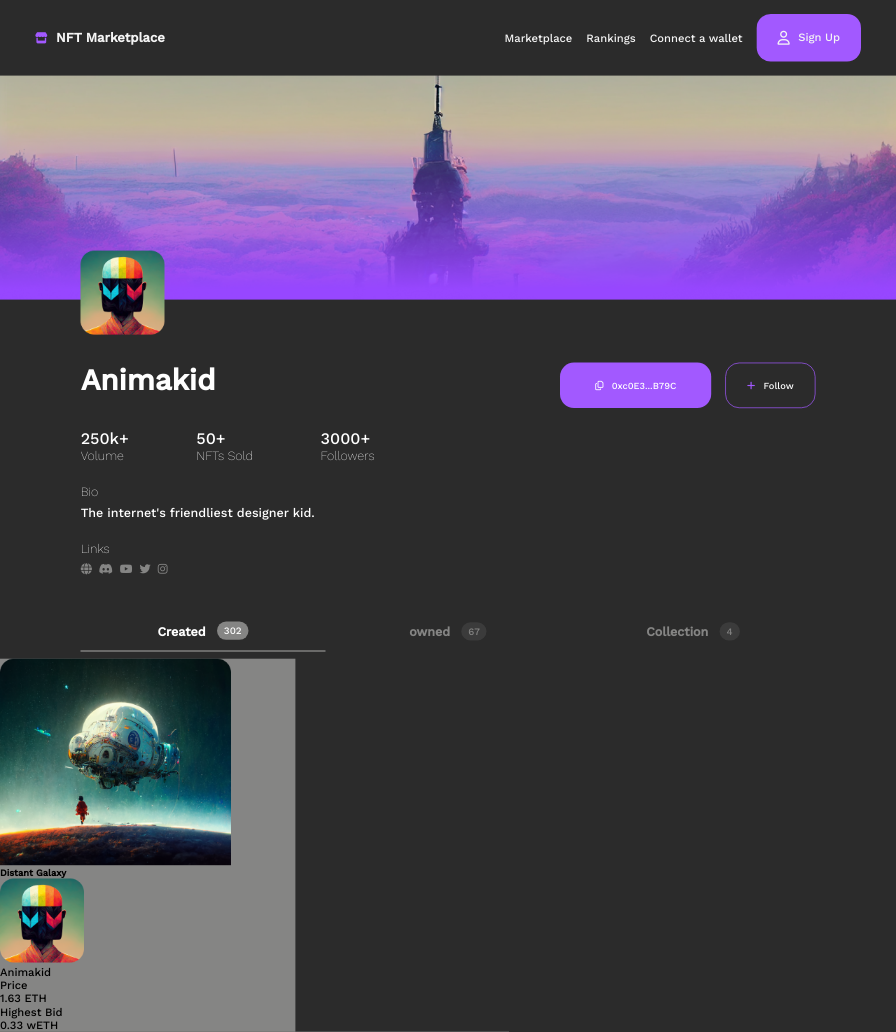
Repository: levananh202ht/NFT_Marketplace
Page: index.html
An editor plug-in stored every save of this project. The page is shown before and after the next save, followed by the edit.
The browser window is 1280 px wide. The pictures show the whole page, at 70% of full size.

Above is the page before, as saved 2023-12-10 14:19:15.

### index.html
<!DOCTYPE html>
<html lang="en">
<head>
    <meta charset="UTF-8">
    <meta name="viewport" content="width=device-width, initial-scale=1.0">
    <link rel="stylesheet" href="index.css">
    <link rel="stylesheet" href="responsive.css">
    <link rel="stylesheet" href="https://cdnjs.cloudflare.com/ajax/libs/font-awesome/6.5.1/css/all.min.css" integrity="sha512-DTOQO9RWCH3ppGqcWaEA1BIZOC6xxalwEsw9c2QQeAIftl+Vegovlnee1c9QX4TctnWMn13TZye+giMm8e2LwA==" crossorigin="anonymous" referrerpolicy="no-referrer" />
    <title>Document</title>
</head>
<body>
    <div class="nft_container">
        <!-- header -->
        <div class="nft_header">

            <div class="nft_header-left">
                <i class="fa-solid fa-store"></i>
                <h3>NFT Marketplace</h3>
            </div>

            <ul class="nft_header-right">
                <li class="nft_header-right-item">Marketplace</li>
                <li class="nft_header-right-item">Rankings</li>
                <li class="nft_header-right-item">Connect a wallet</li>
                <li class="nft_header-right-item">
                    <div>
                        <i class="fa-regular fa-user"></i>
                        <p>Sign Up</p>
                    </div>
                </li>
            </ul>

            <i class="icon-bar-responsive fa-solid fa-bars-staggered"></i>

        </div>
        <!-- profileImage -->
        <div class="nft_profileImage">
            <img src="./assets/images/Avatar Placeholder.png" alt="">
        </div>
        <!-- userInfo -->
        <div class="nft_userInfo">

            <div class="nft_userInfo-top">

                <h2>Animakid</h2>
                <div class="nft_userInfo-top-button">
                    <button>
                        <i class="fa-regular fa-copy"></i>
                        <p>0xc0E3...B79C</p>
                    </button>
                    <button>
                        <i class="fa-solid fa-plus"></i>
                        <p>Follow</p>
                    </button>
                </div>

            </div>

            <div class="nft_userInfo-bottom">

                <div class="nft_userInfo-bottom-param">

                    <div>
                        <p class="param">250k+</p>
                        <p class="text">Volume</p>
                    </div>

                    <div>
                        <p class="param">50+</p>
                        <p class="text">NFTs Sold</p>
                    </div>

                    <div>
                        <p class="param">3000+</p>
                        <p class="text">Followers</p>
                    </div>

                </div>

                <div class="nft_userInfo-bottom-bio">

                    <h5>Bio</h5>
                    <p>The internet's friendliest designer kid.</p>

                </div>

                <div class="nft_userInfo-bottom-links">

                    <h5>Links</h5>
                    <ul>
                        <li>
                            <a href="">
                                <i class="fa-solid fa-globe"></i>
                            </a>
                        </li>
                        <li>
                            <a href="https://discord.com/">
                                <i class="fa-brands fa-discord"></i>
                            </a>
                        </li>
                        <li>
                            <a href="https://www.youtube.com/">
                                <i class="fa-brands fa-youtube"></i>
                            </a>
                        </li>
                        <li>
                            <a href="https://twitter.com/">
                                <i class="fa-brands fa-twitter"></i>
                            </a>
                        </li>
                        <li>
                            <a href="https://www.instagram.com/">
                                <i class="fa-brands fa-instagram"></i>
                            </a>
                        </li>
                    </ul>

                </div>

            </div>

        </div>
        <!-- tab -->
        <div class="nft_tab">

            <div class="nft_tab-1">
                <h5>Created</h5>
                <p>302</p>
            </div>
            <div class="nft_tab-2">
                <h5>owned</h5>
                <p>67</p>
            </div>
            <div class="nft_tab-3">
                <h5>Collection</h5>
                <p>4</p>
            </div>

        </div>
        <!-- cardSection -->
        <div class="nft_cardSection">

            <div class="nft_cardSection-item">

                <img src="./assets/images/Image Placeholder (1).png" alt="Image Placeholder">
                <h5>Distant Galaxy</h5>
                <div>
                    <img src="./assets/images/Avatar Placeholder.png" alt="Avatar">
                    <p>Animakid</p>
                </div>
                <div>
                    <div>
                        <p>Price</p>
                        <p>1.63 ETH</p>
                    </div>
                    <div>
                        <p>Highest Bid</p>
                        <p>0.33 wETH</p>
                    </div>
                </div>

            </div>

        </div>

        <div class="footer"></div>

    </div>
</body>
</html>

### index.css
@import url('https://fonts.googleapis.com/css2?family=Work+Sans:ital,wght@0,200;0,500;1,200;1,500&display=swap');

* {
    margin: 0;
    padding: 0;
    box-sizing: border-box;
    font-family: 'Work Sans', sans-serif;
}
.nft_container {
    background: #2B2B2B;
}
    /* CSS header */
.nft_header {
    background: #2B2B2B;
    display: flex;
    justify-content: space-between;
    color: #F5F5F5;
    padding: 20px 50px;
}

.nft_header .nft_header-left {
    display: flex;
    align-items: center;
}
.nft_header .nft_header-left i {
    color: #A259FF;
}
.nft_header .nft_header-left h3 {
    margin-left: 12px;
}

.nft_header .nft_header-right {
    display: flex;
    list-style:  none;
    align-items: center;

}

.nft_header .nft_header-right .nft_header-right-item {
    margin-left: 20px;
    font-size: 16px;
}

.nft_header .nft_header-right .nft_header-right-item:last-child div {
    padding: 24px 30px;
    display: flex;
    border-radius: 20px;
    background: #A259FF;
}

.nft_header .nft_header-right .nft_header-right-item:last-child div i {
    font-size: 20px;
}

.nft_header .nft_header-right .nft_header-right-item:last-child div p {
    margin-left: 12px;
    font-size: 16px;
}
.nft_header .icon-bar-responsive {
    display: none;
}
    /* CSS profileImage */
.nft_profileImage {
    width: 100%;
    height: 320px;
    background-image: url("./assets/images/Image PlaceHolder.png");
    position: relative;

}

.nft_profileImage img {
    left: 9%;
    position: absolute;
    bottom: -50px;
}
    /* CSS userInfo */
.nft_userInfo {
    margin-top: 50px;
    padding: 40px 9%;
    background: #2B2B2B;
    color: #fff;
}
.nft_userInfo .nft_userInfo-top{
    display: flex;
    justify-content: space-between;
    margin-bottom: 30px;
}
.nft_userInfo .nft_userInfo-top h2 {
    font-size:3.3vw;
    color: white;
}
.nft_userInfo .nft_userInfo-top .nft_userInfo-top-button {
    display: flex;
}
.nft_userInfo .nft_userInfo-top .nft_userInfo-top-button button:nth-child(1) {
    background: #A259FF;
    color: white;
    padding: 24px 50px;
    display: flex;
    border: none;
    border-radius: 20px;
    align-items: center;
}
.nft_userInfo .nft_userInfo-top .nft_userInfo-top-button button:nth-child(1) i {
    margin-right: 12px;
}
.nft_userInfo .nft_userInfo-top .nft_userInfo-top-button button:nth-child(2) {
    margin-left: 20px;
    display: flex;
    align-items: center;
    background: #2B2B2B;
    color: white;
    border: 1px solid #A259FF;
    border-radius: 20px;
    padding: 24px 30px;
}
.nft_userInfo .nft_userInfo-top .nft_userInfo-top-button button:nth-child(2) i {
    margin-right: 12px;
    color: #A259FF;
}

.nft_userInfo .nft_userInfo-bottom {

}
.nft_userInfo .nft_userInfo-bottom .nft_userInfo-bottom-param {
    display: flex;
    justify-content: space-between;
    width: 40%;
}
.nft_userInfo .nft_userInfo-bottom .nft_userInfo-bottom-param div p.param {
    font-size: 1.8vw;
}
.nft_userInfo .nft_userInfo-bottom .nft_userInfo-bottom-param div p.text {
    font-size: 1.4vw;
    font-weight: 300;
}
.nft_userInfo .nft_userInfo-bottom .nft_userInfo-bottom-bio {
    margin-top: 30px;
    margin-bottom: 30px;
}
.nft_userInfo .nft_userInfo-bottom .nft_userInfo-bottom-bio h5 {
    font-size: 1.4vw;
    font-weight: 300;
    margin-bottom: 10px;
}
.nft_userInfo .nft_userInfo-bottom .nft_userInfo-bottom-bio p {
    font-size: 1.4vw;
}
.nft_userInfo .nft_userInfo-bottom .nft_userInfo-bottom-links h5 {
    font-size: 1.4vw;
    font-weight: 300;
    margin-bottom: 10px;
}
.nft_userInfo .nft_userInfo-bottom .nft_userInfo-bottom-links ul {
    display: flex;
    list-style: none;
}
.nft_userInfo .nft_userInfo-bottom .nft_userInfo-bottom-links ul li a {
    margin-right: 10px;
    color: #858584;
}
    /* CSS tab */
.nft_tab{
    display: flex;
    padding: 10px 9%;
    justify-content: space-between;
    color: #858584;
}
.nft_tab .nft_tab-1,
.nft_tab .nft_tab-2,
.nft_tab .nft_tab-3{
    display: flex;
    align-items: center;
    width: 33.33%;
    justify-content: center;
}
.nft_tab h5 {
    margin-right: 16px;
    font-size: 1.4vw;
}
.nft_tab p{
    font-size: 1.1vw;
    padding: 5px 10px;
    background-color: #3B3B3B;
    border-radius: 20px;
}
.nft_tab .nft_tab-1 {
    color: #fff;
    border-bottom: 2px solid #858584;
    padding: 15px 0;
}
.nft_tab .nft_tab-1 p {
    background-color: #858584;
}
    /* CSS cardSection */
.nft_cardSection {

}
.nft_cardSection .nft_cardSection-item {
    width: 33%;
    background: #858584;
}

### responsive.css
@media screen and (max-width: 768px) {
    /* header */
    .nft_header{
        align-items: center;
    }

    .nft_header .nft_header-right {
        display: none;
    }
    .nft_header .icon-bar-responsive{
        display: block;
    }
    /* userInfo */
    .nft_userInfo .nft_userInfo-top{
        flex-direction: column;
    }
    .nft_userInfo .nft_userInfo-top h2 {
        margin-bottom: 30px;
        font-size: 5vw;
    }
    .nft_userInfo .nft_userInfo-bottom .nft_userInfo-bottom-param  {
        width: 62%;
    }
    .nft_userInfo .nft_userInfo-bottom .nft_userInfo-bottom-param div p.param {
        font-size: 2.85vw;
    }
    .nft_userInfo .nft_userInfo-bottom .nft_userInfo-bottom-param div p.text {
        font-size: 2.2vw;
    }
    .nft_userInfo .nft_userInfo-bottom .nft_userInfo-bottom-bio h5 {
        font-size: 2.1vw;
    }
    .nft_userInfo .nft_userInfo-bottom .nft_userInfo-bottom-bio p {
        font-size: 2.1vw;
    }
    .nft_userInfo .nft_userInfo-bottom .nft_userInfo-bottom-links h5 {
        font-size: 2.1vw;
    }
    /* tab */
    .nft_tab h5{
        font-size: 2.1vw;
    }
    .nft_tab p{
        font-size: 1.6vw;
    }
}
@media screen and (max-width: 418px) {
    /* header */
    .nft_header{
        padding: 15px 30px;
    }
    /* profileImage */
    .nft_profileImage img{
        left: 34%;
    }
    /* userInfo */
    .nft_userInfo .nft_userInfo-top h2 {
        font-size: 7.4vw;
    }
    .nft_userInfo .nft_userInfo-top .nft_userInfo-top-button{
        flex-direction: column;
    }
    .nft_userInfo .nft_userInfo-bottom .nft_userInfo-bottom-param {
        width: 96%;
    }
    .nft_userInfo .nft_userInfo-bottom .nft_userInfo-bottom-param div p.param {
        font-size: 5.8vw;
    }
    .nft_userInfo .nft_userInfo-bottom .nft_userInfo-bottom-param div p.text {
        font-size: 4.2vw;
    }
    .nft_userInfo .nft_userInfo-bottom .nft_userInfo-bottom-bio h5 {
        font-size: 4.2vw;
    }
    .nft_userInfo .nft_userInfo-bottom .nft_userInfo-bottom-bio p {
        font-size: 4.2vw;
    }
    .nft_userInfo .nft_userInfo-bottom .nft_userInfo-bottom-links h5 {
        font-size: 4.2vw;
    }
    .nft_userInfo .nft_userInfo-top .nft_userInfo-top-button button:nth-child(2) {
        margin-left: 0;
        margin-top: 20px;
    }
    .nft_userInfo .nft_userInfo-top .nft_userInfo-top-button button:nth-child(1),
    .nft_userInfo .nft_userInfo-top .nft_userInfo-top-button button:nth-child(2){
        justify-content: center;
    }
    /* tab */
    .nft_tab h5{
        font-size: 4.2vw;
    }
    .nft_tab p{
        display: none;
    }
}

After the next save:
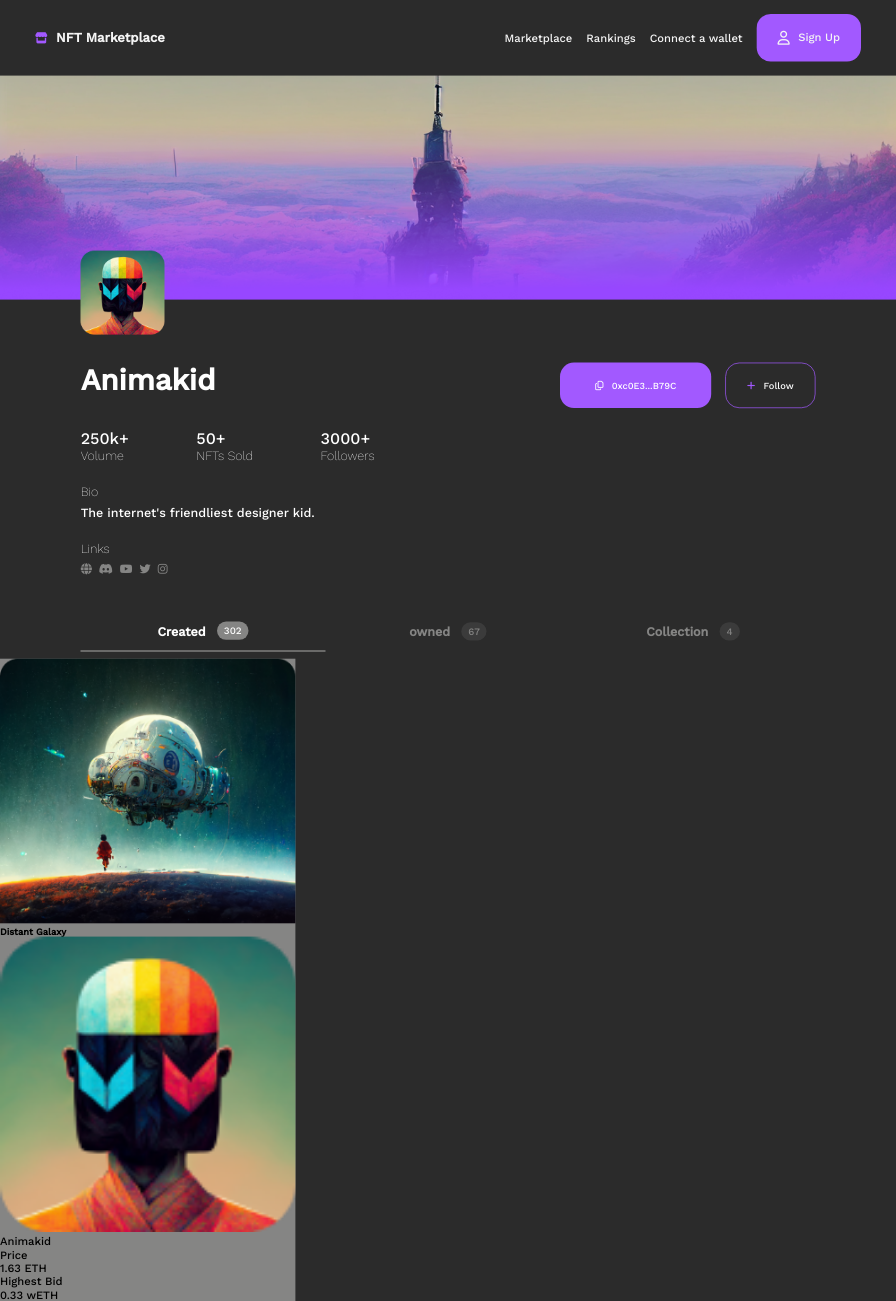
Saved 2 min 59 s later.
--- a/index.css
+++ b/index.css
@@ -200,3 +200,6 @@
     width: 33%;
     background: #858584;
 }
+.nft_cardSection .nft_cardSection-item img {
+    width: 100%;
+}
